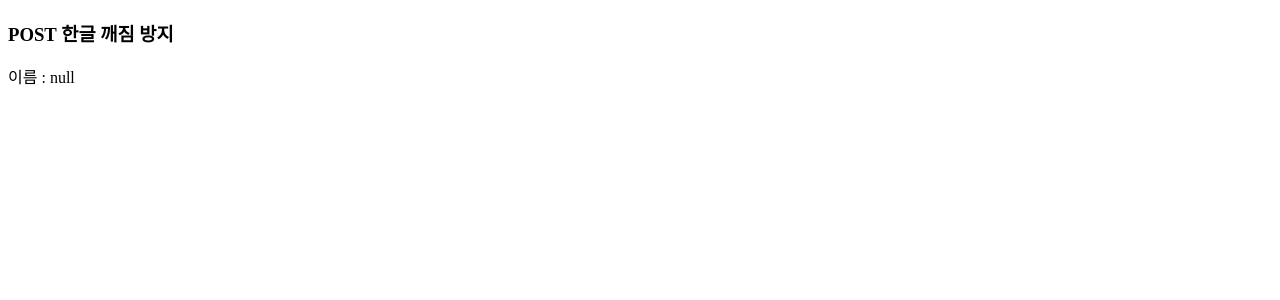
Repository: YooMyeongSeon/JSP_Servlet_Study
Page: http://localhost/web07/EX_20_Result3.jsp
The author's editor kept a copy of each file at every save. The page is drawn from the files as they stood at one save, then again after the next save.
The browser window is 1280 px wide. The pictures show the whole page.
The page is served by Tomcat 9.

Above is the page before, as saved 2022-06-10 07:00:04.

After the next save:
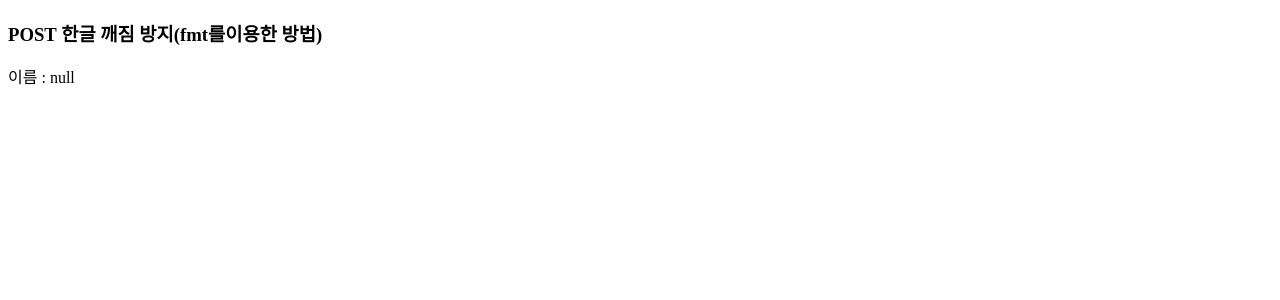
Saved 7 s later.
--- a/web07/WebContent/EX_20_Result3.jsp
+++ b/web07/WebContent/EX_20_Result3.jsp
@@ -7,7 +7,7 @@
 <title>Insert title here</title>
 </head>
 <body>
-	<h3>POST 한글 깨짐 방지</h3>
+	<h3>POST 한글 깨짐 방지(fmt를이용한 방법)</h3>
 	<% request.setCharacterEncoding("UTF-8"); %>
 	이름 : <%=request.getParameter("name")%>
 </body>
